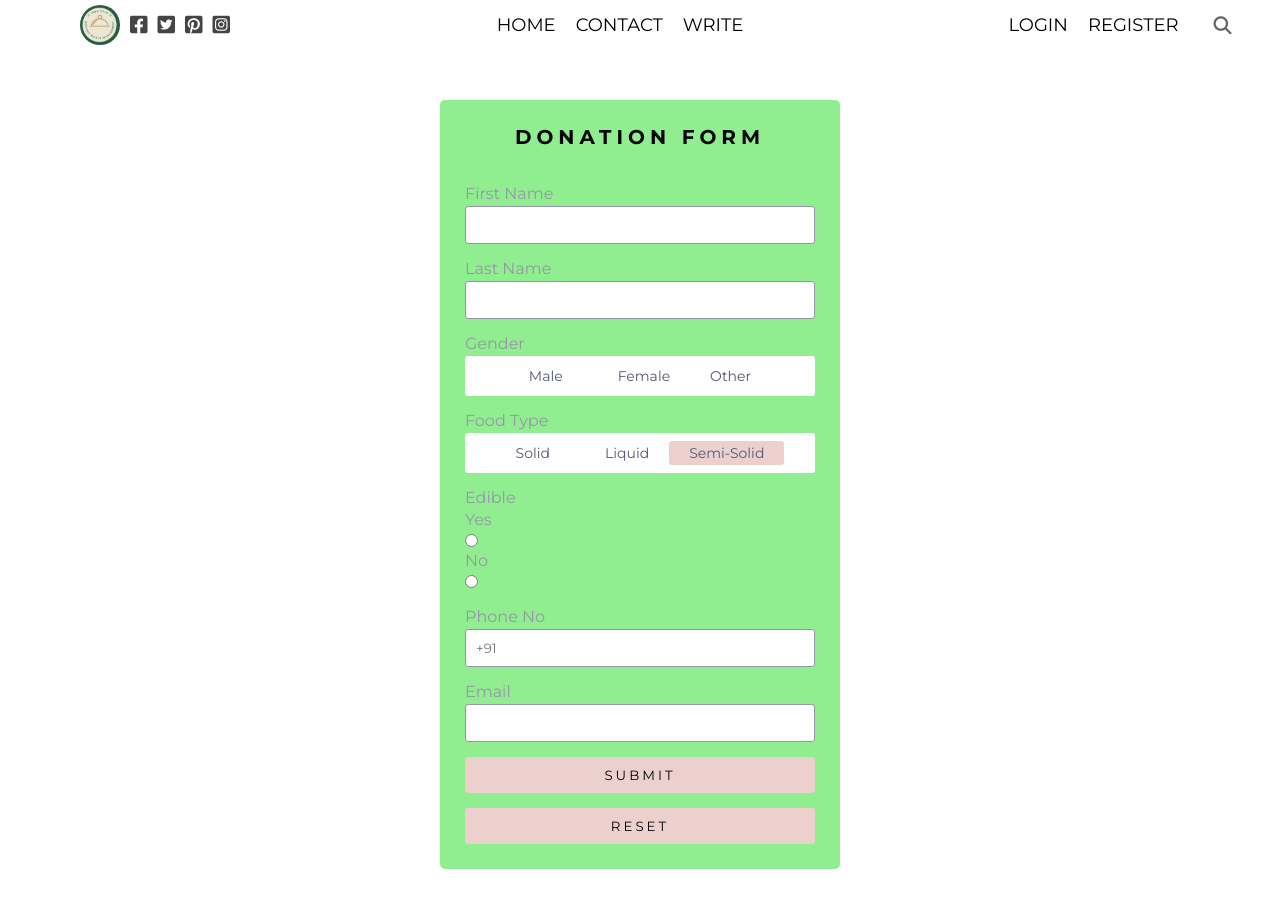
Repository: blsnabrhm/anna-daan
Page: /Contact (app in client/)
These files come from the project's save history. The page is drawn as it stood at one moment and after the next save; the edit follows.
The browser window is 1280 px wide. The pictures show the whole page.
Some web libraries are served in a nearby version. The project was rebuilt for these pictures with package versions that can differ from the ones it lists, and the page was loaded fresh each time. Also part of the build but not shown: client/src/components/header/header.css, client/src/components/header/Header.jsx, client/src/components/posts/posts.css, client/src/components/posts/Posts.jsx, client/src/components/sidebar/sidebar.css, client/src/components/sidebar/SideBar.jsx, client/src/pages/home/home.css, client/src/pages/home/Home.jsx and 13 more. Imported but missing from the stored project, and not drawn on this page: client/src/components/post/Post.

Above is the page before, as saved 2022-04-22 08:29:54.

After the next save:
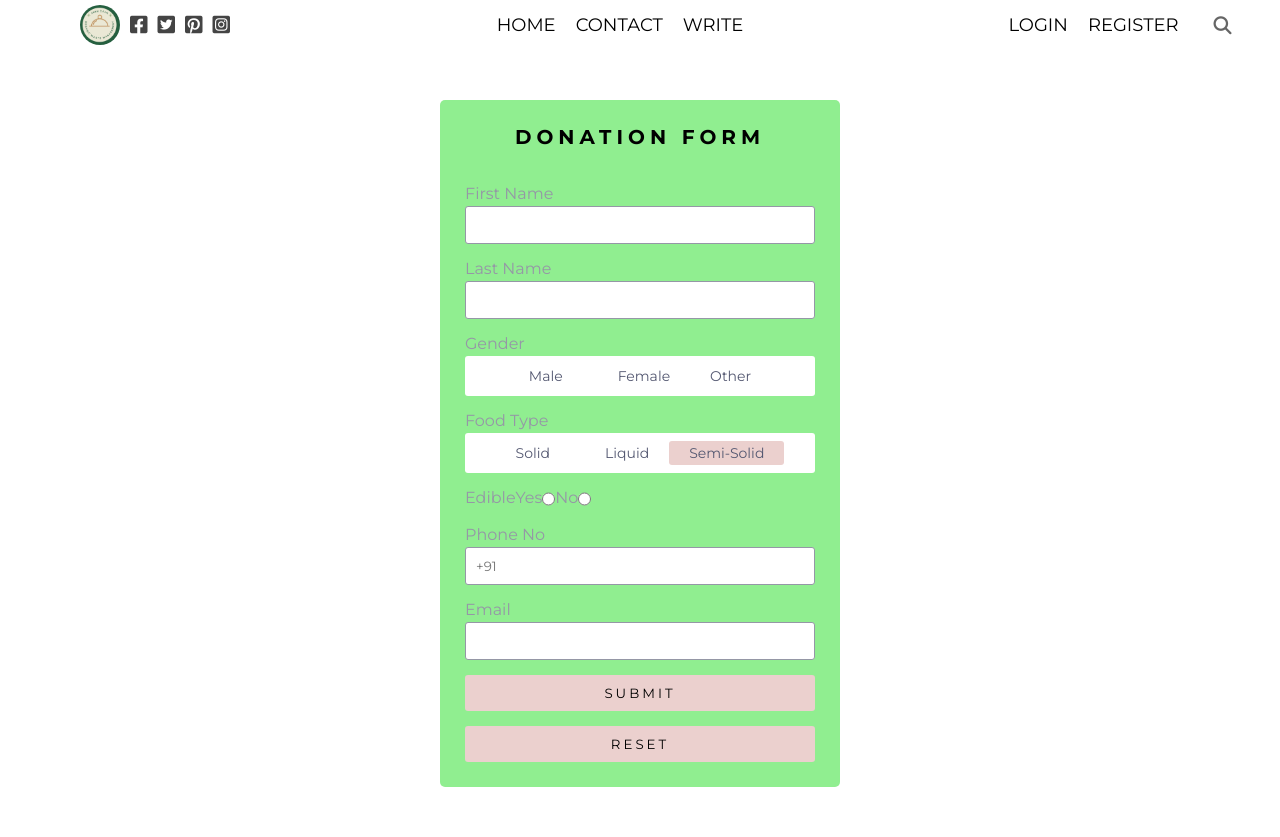
Saved 13 s later.
--- a/client/src/pages/contact/Contact.jsx
+++ b/client/src/pages/contact/Contact.jsx
@@ -67,7 +67,7 @@ export default function Contact() {
 						</li>
 					</ul>
 				</div>
-        <div className="input_wrap">
+        <div className="input_wrap edible">
             <label for="edible">Edible</label>
             <label className='edible' for="edible">Yes</label>
             <input type="radio" id="y" name='edible'/>
